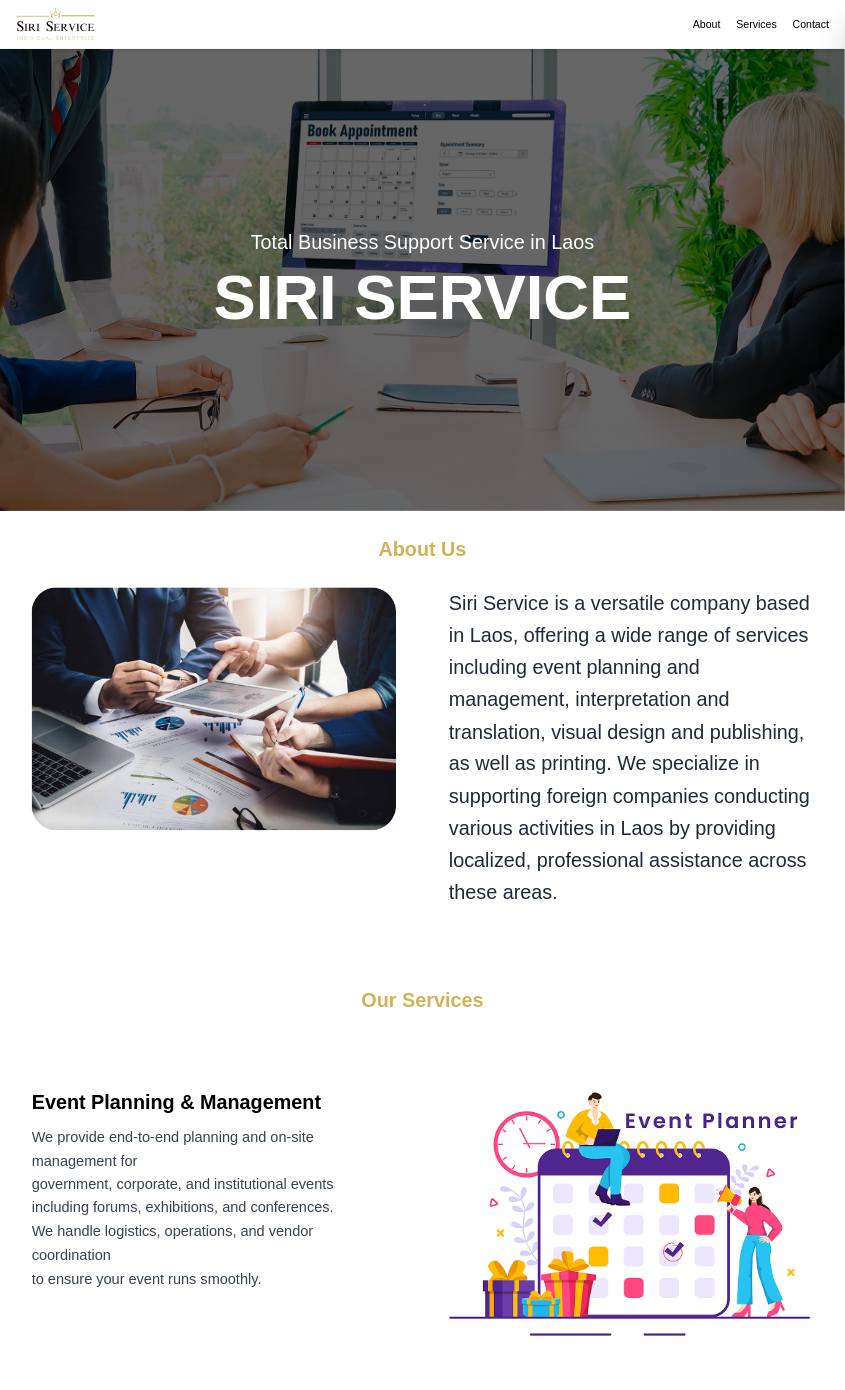
Repository: Phailin-teamplate/siri-service-web
Page: /
The author's editor kept a copy of each file at every save. The page is drawn from the files as they stood at one save, then again after the next save.
The browser window is 1280 px wide. The pictures show the whole page, at 66% of full size.
The project was rebuilt for these pictures with package versions that can differ from the ones it lists, and the page was loaded fresh each time. The framework's server and built-in components were replaced by stand-ins that run in the browser. Also part of the build but not shown: next.config.ts.

Above is the page before, as saved 2025-07-02 14:52:36.

### src/app/layout.tsx
"use client";

import React, { useState, useEffect } from "react";
import { ArrowUpIcon } from "@heroicons/react/24/solid"; // Importing the arrow icon
// import { Geist, Geist_Mono } from "next/font/google";
// import { Inter, Noto_Sans_Lao } from "next/font/google";
import "./globals.css";
import Navbar from "@/src/components/navbar";

// const inter = Inter({ subsets: ["latin"] });
// const notoSansLao = Noto_Sans_Lao({ subsets: ["lao"] });

// const geistSans = Geist({
//   variable: "--font-geist-sans",
//   subsets: ["latin"],
// });
// const geistMono = Geist_Mono({
//   variable: "--font-geist-mono",
//   subsets: ["latin"],
// });

export default function RootLayout({
  children,
}: Readonly<{
  children: React.ReactNode;
}>) {
  const [isVisible, setIsVisible] = useState(false);

  // Detect scroll position and show button when scrolling down
  const handleScroll = () => {
    if (window.scrollY > 300) {
      setIsVisible(true);
    } else {
      setIsVisible(false);
    }
  };

  useEffect(() => {
    window.addEventListener("scroll", handleScroll);
    return () => {
      window.removeEventListener("scroll", handleScroll);
    };
  }, []);

  const scrollToTop = () => {
    window.scrollTo({ top: 0, behavior: "smooth" });
  };

  return (
    <html lang="en">
      {/* <body
        className={`${geistSans.variable} ${geistMono.variable} ${inter.className}  ${notoSansLao.className} antialiased`}
      > */}
      <body className="bg-white">
        <Navbar />
        {children}
        {/* <Footer /> */}

        {/* Popup Button with Icon for Scrolling to Top */}
        {isVisible && (
          <button
            onClick={scrollToTop}
            className="fixed bottom-2 right-5 md:bottom-5 md:right-10 bg-blue-500 text-white p-2 md:p-4 rounded-full shadow-lg hover:bg-blue-600 focus:outline-none transition-transform transform hover:scale-110"
          >
            {/* Heroicon Arrow Up Icon */}
            <ArrowUpIcon className="h-5 w-5 md:h-6 md:w-6" />
          </button>
        )}
      </body>
    </html>
  );
}

### src/app/page.tsx
import React from "react";
import Homepage from "@/src/components/Homepage";
import About from "@/src/components/About";
import Service from "@/src/components/Service";

export const metadata = {
  title: "About | TEAMPLATE",
  description:
    "Learn about TEAMPLATE — our story, mission, team, and values that drive our innovation.",
  keywords: ["teamplate", "about", "our story", "mission", "values", "team"],
  openGraph: {
    title: "About | TEAMPLATE",
    description:
      "Discover TEAMPLATE's story, mission, and the people behind our success.",
    url: "https://yourdomain.com/about",
    siteName: "TEAMPLATE",
    images: [
      {
        url: "https://yourdomain.com/images/about-og.jpg", // ✅ Replace with actual path
        width: 1200,
        height: 630,
        alt: "About TEAMPLATE",
      },
    ],
    locale: "en_US",
    type: "website",
  },
};

export default function Home() {
  return (
    <section className="w-full" id="about">
      <Homepage/>
      <About/>
      <Service/>
    </section>
  );
}

### src/components/navbar.tsx
import { useState, useCallback, useEffect } from "react";
import Image from "next/image";
import { Menu, X } from "lucide-react";
import Logo from "@/public/logo/Siri Service.png";

export default function Navbar() {
  const [isOpen, setIsOpen] = useState(false);

  // Function for smooth scrolling
  const handleSmoothScroll = useCallback((targetId: string) => {
    setIsOpen(false); // Close the sidebar

    if (targetId === "/") {
      window.scrollTo({ top: 0, behavior: "smooth" });
    } else {
      const targetElement = document.querySelector(targetId);
      if (targetElement) {
        targetElement.scrollIntoView({ behavior: "smooth" });
      }
    }
  }, []);

  const [isScrolled, setIsScrolled] = useState(false);

  // Detect scroll to change navbar background
  useEffect(() => {
    const handleScroll = () => {
      const scrollTop = window.scrollY;
      setIsScrolled(scrollTop > 10); // Trigger when scrolled 10px
    };

    window.addEventListener("scroll", handleScroll);

    return () => window.removeEventListener("scroll", handleScroll);
  }, []);

  return (
    <div className="w-full sticky top-0 z-50 bg-white shadow-md">
      <nav className="flex items-center justify-between px-6 py-3">
        {/* Logo */}
        <button
          onClick={() => handleSmoothScroll("/")}
          className="p-0 border-none bg-transparent active:opacity-80"
        >
          <Image
            className="w-20 sm:w-20 md:w-30 lg:w-30 xl:w-30 2xl:w-30 h-auto"
            src={Logo}
            alt="Appstore"
            priority
          />
        </button>

        {/* Desktop Links */}
        <div className="hidden md:flex gap-6">
          <button
            onClick={() => handleSmoothScroll("#about")}
            className="hover:text-blue-600 hover:underline transition-colors text-black duration-200 cursor-pointer"
          >
            About
          </button>
          <button
            onClick={() => handleSmoothScroll("#services")}
            className="hover:text-blue-600 hover:underline transition-colors text-black duration-200 cursor-pointer"
          >
            Services
          </button>
          <button
            onClick={() => handleSmoothScroll("#contact")}
            className="hover:text-blue-600 hover:underline transition-colors text-black duration-200 cursor-pointer"
          >
            Contact
          </button>
        </div>

        {/* Mobile Menu Button */}
        <button
          className="md:hidden focus:outline-none"
          onClick={() => setIsOpen(!isOpen)}
          aria-label="Toggle Menu"
        >
          {isOpen ? <X size={28} /> : <Menu size={28} />}
        </button>
      </nav>

      {/* Overlay (Closes menu when clicked) */}
      {isOpen && (
        <div
          className="fixed inset-0 z-40"
          onClick={() => setIsOpen(false)}
        ></div>
      )}

      {/* Mobile Sidebar */}
      <div
        className={`fixed top-0 right-0 h-full w-64 bg-white shadow-2xl p-6 flex flex-col transition-transform ${
          isOpen ? "translate-x-0" : "translate-x-full"
        } duration-300 ease-in-out z-50`}
      >
        {/* Sidebar Header */}
        <div className="flex justify-between items-center pb-4 mt-1">
          <h3 className="text-black text-2xl font-semibold">Menu</h3>
          <button
            className="text-black text-3xl font-bold focus:outline-none"
            onClick={() => setIsOpen(false)}
            aria-label="Close Menu"
          >
            <X size={28} />
          </button>
        </div>

        {/* Sidebar Links */}
        <div className="flex flex-col items-start gap-4 pb-4">
          <button
            onClick={() => handleSmoothScroll("#about")}
            className="hover:text-blue-600 hover:underline transition-colors duration-200 cursor-pointer"
          >
            About
          </button>
          <button
            onClick={() => handleSmoothScroll("#services")}
            className="hover:text-blue-600 hover:underline transition-colors duration-200 cursor-pointer"
          >
            Services
          </button>
          <button
            onClick={() => handleSmoothScroll("#contact")}
            className="hover:text-blue-600 hover:underline transition-colors duration-200 cursor-pointer"
          >
            Contact
          </button>
        </div>
      </div>
    </div>
  );
}

### src/components/Homepage.tsx
import Image from "next/image";
import BgSiri from "@/public/bg-siri.png";
import type { Metadata } from "next";

export const metadata: Metadata = {
  title: "SiriService | About Us",
  description: "We are a Laos-based IT startup aiming for the global market.",
};

export default function Homepage() {
  return (
    <div className="flex flex-col ">
      <div className="flex justify-center">
        <div className="relative w-full h-[400px] xs:h-[600px] sm:h-[650px] md:h-[700px] lg:h-[700px]">
          {/* Background Image */}
          <Image src={BgSiri} alt="StartUp" fill className="object-cover" />

          {/* Gradient Overlay */}
          <div className="absolute inset-0 bg-black/60 z-10" />

          {/* Centered Content */}
          <div className="absolute inset-0 z-20 flex flex-col items-center justify-center text-center px-4">
            <div className="mb-4 sm:mb-4">
              <p className="text-white text-sm xs:text-base sm:text-xl md:text-3xl font-medium">
                Total Business Support Service in Laos
              </p>
            </div>
            <h1 className="text-white text-4xl xs:text-5xl sm:text-6xl md:text-7xl lg:text-8xl font-bold">
              SIRI SERVICE
            </h1>
          </div>
        </div>
      </div>


    </div>
  );
}

### src/components/About.tsx
"use client";

import Image from "next/image";
import AboutSV from "@/public/About.png";
import type { Metadata } from "next";

export const metadata: Metadata = {
  title: "Teamplate",
  description: "We are a Laos-based IT startup aiming for the global market.",
};

export default function About() {
  return (
    <div className="w-full bg-white px-6 md:px-12 py-10" id="about">
      {/* Section Title */}
      <div className="text-center flex justify-center md:text-left mb-10">
        <h2 className="text-2xl md:text-3xl font-extrabold text-[#D3B156]">
          About Us
        </h2>
      </div>

      {/* Content: Image + Text */}
      <div className="flex flex-col md:flex-row items-start justify-center gap-12 md:gap-20">
  {/* Image */}
  <div className="w-full max-w-[660px] ">
    <Image
      src={AboutSV}
      alt="About"
    width={500}
            height={300}
      className="object-cover w-full h-auto rounded-xl"
      priority
    />
  </div>

  {/* Text */}
  <div className="w-full max-w-[720px] text-center md:text-left">
    <p className="text-3xl font-medium leading-relaxed text-gray-800">
      Siri Service is a versatile company based in Laos, offering a wide range of
      services including event planning and management, interpretation and
      translation, visual design and publishing, as well as printing. We specialize
      in supporting foreign companies conducting various activities in Laos by
      providing localized, professional assistance across these areas.
    </p>
  </div>
</div>

    </div>
  );
}

### src/components/Service.tsx
"use client";

import Image from "next/image";
import AboutSV from "@/public/About.png";
import type { Metadata } from "next";
import Service1 from "@/public/service/service1.png"

export const metadata: Metadata = {
  title: "Teamplate",
  description: "We are a Laos-based IT startup aiming for the global market.",
};

export default function Service() {
  return (
    <div className="w-full bg-white px-6 md:px-12 py-20" id="service">
      {/* Section Title */}
      <div className="text-center flex justify-center md:text-left mb-30">
        <h2 className="text-2xl md:text-3xl font-extrabold text-[#D3B156]">
          Our Services
        </h2>
      </div>

      {/* Content: Image + Text */}
      <div className="flex flex-col md:flex-row items-start justify-center gap-12 md:gap-20">
        {/* Text */}
        <div className="w-full max-w-[720px] text-center md:text-left">
          <h1 className="text-black text-3xl sm:text-3xl font-semibold mb-4">
            Event Planning & Management
          </h1>
     <p className="text-gray-700 text-[20px] md:text-[22px] font-medium leading-relaxed">
    We provide end-to-end planning and on-site management for<br />
    government, corporate, and institutional events<br />
    including forums, exhibitions, and conferences.<br />
    We handle logistics, operations, and vendor coordination<br />
    to ensure your event runs smoothly.
  </p>

        </div>
        {/* Image */}
        <div className="w-full max-w-[570px] ">
          <Image
            src={Service1}
            alt="Service1"
            width={512}
            height={340}
            className="object-cover w-full h-auto rounded-xl"
            priority
          />
        </div>
      </div>
    </div>
  );
}

Loaded but not shown: src/app/globals.css (common file)

After the next save:
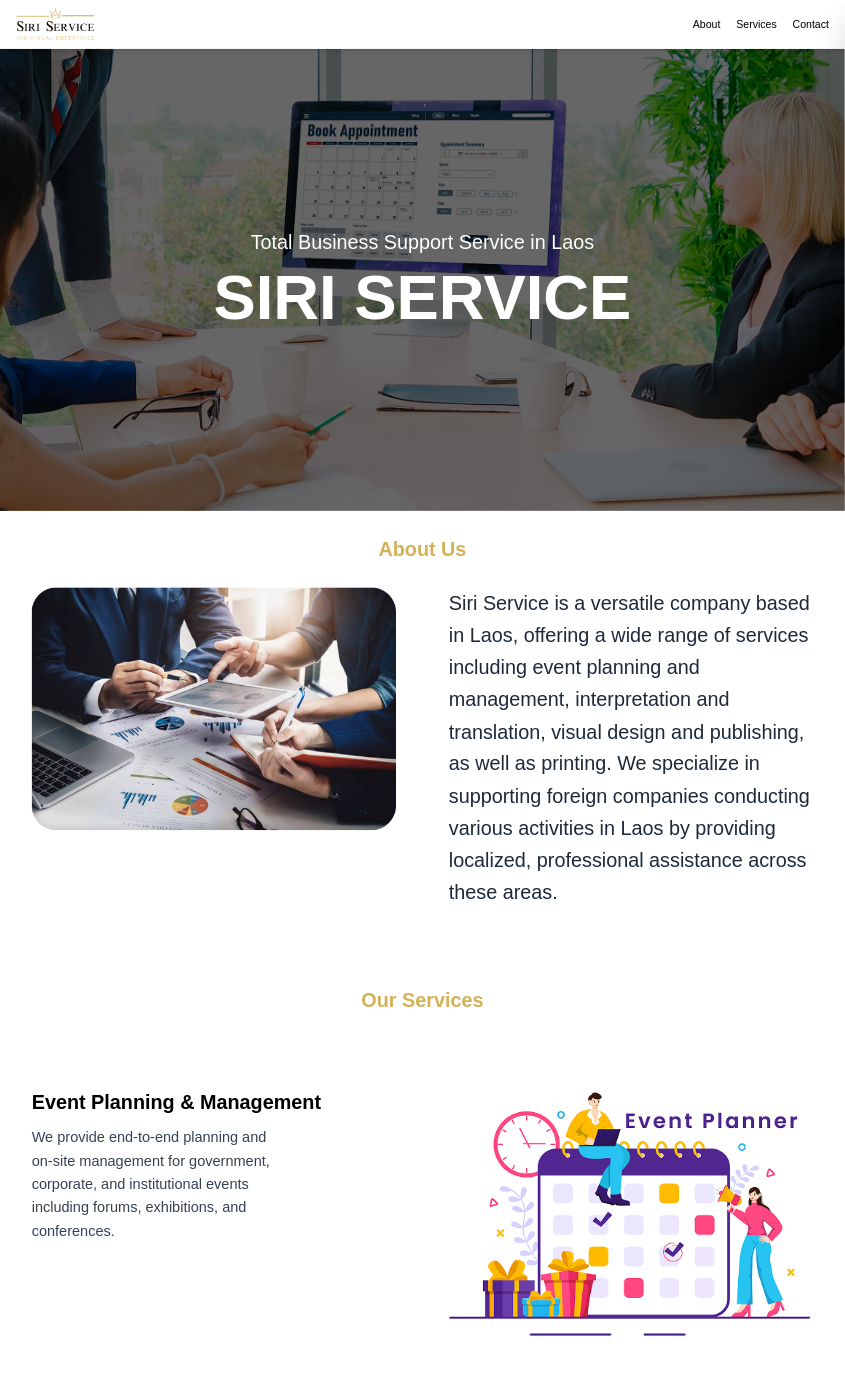
Saved 106 s later.
--- a/src/components/Service.tsx
+++ b/src/components/Service.tsx
@@ -28,11 +28,11 @@
             Event Planning & Management
           </h1>
      <p className="text-gray-700 text-[20px] md:text-[22px] font-medium leading-relaxed">
-    We provide end-to-end planning and on-site management for<br />
-    government, corporate, and institutional events<br />
-    including forums, exhibitions, and conferences.<br />
-    We handle logistics, operations, and vendor coordination<br />
-    to ensure your event runs smoothly.
+    We provide end-to-end planning and <br />
+    on-site management for government,<br />
+    corporate, and institutional events<br />
+    including forums, exhibitions, and<br />
+    conferences.
   </p>
 
         </div>
